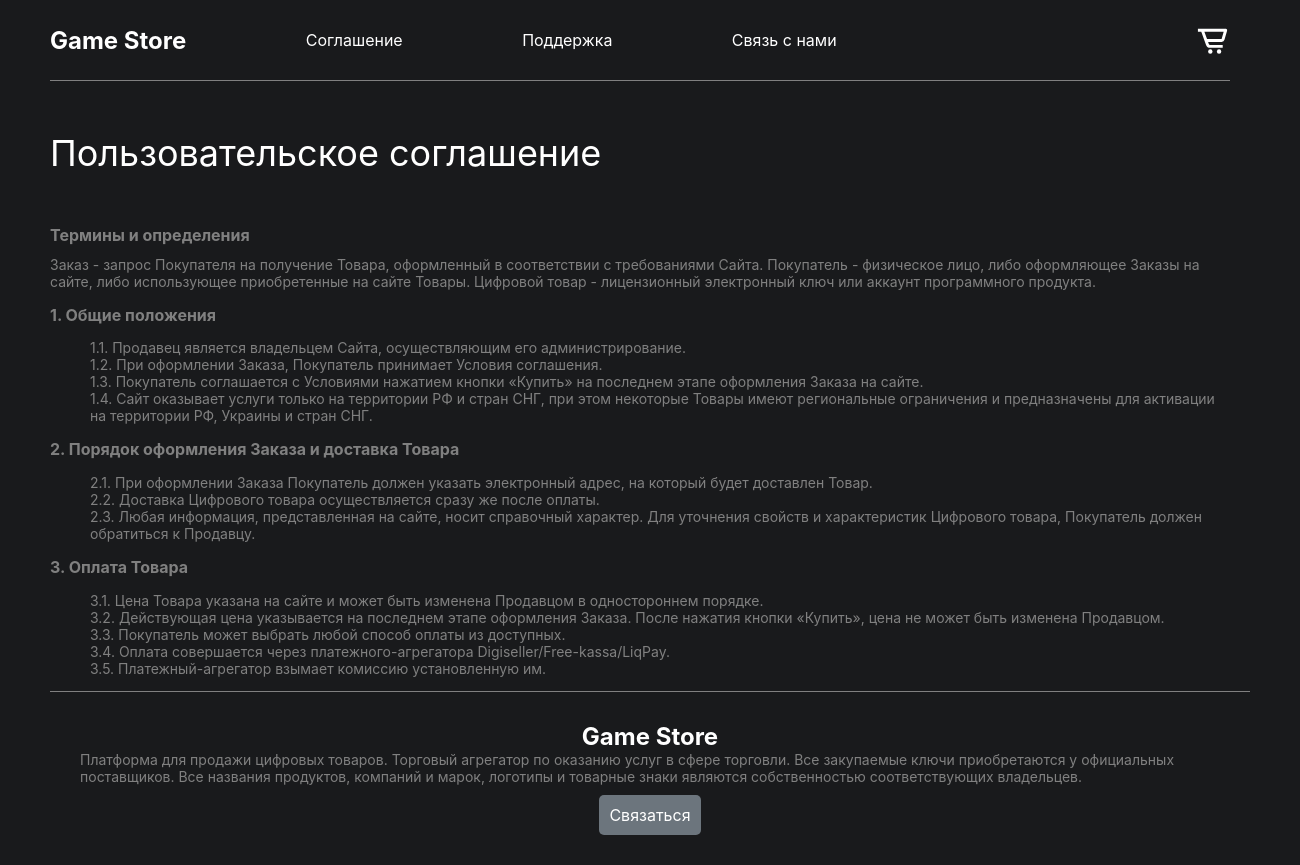
Repository: Minkeani/GameStore
Page: /agreement
An editor plug-in stored every save of this project. The page is shown before and after a run of saves, followed by the edit.
The browser window is 1280 px wide. The page is 1280 px wide, then 1300 px, so the pictures cover 1300 px, including what lies to the right of the window. The pictures show the whole page.
The project was rebuilt for these pictures with package versions that can differ from the ones it lists, and the page was loaded fresh each time. Also part of the build but not shown: src/components/ItemsInCart/ItemsInCart.css, src/components/ItemsInCart/ItemsInCart.jsx, src/components/CartMenu/CartMenu.css, src/components/Btn/Btn.css, src/components/Btn/Btn.jsx, src/components/CartItem/CartItem.css, src/components/CartItem/CartItem.jsx, src/components/utils/utils.js and 18 more.

Above is the page before, as saved 2022-09-11 11:51:21.

### src/index.js
import React from 'react';
import ReactDOM from 'react-dom/client';
import './index.css';
import App from './App';
import reportWebVitals from './reportWebVitals';

const root = ReactDOM.createRoot(document.getElementById('root'));
root.render(
    <App />
);

### src/index.css
body {
  margin: 0;
  min-height: 100%;
  font-family: -apple-system, BlinkMacSystemFont, 'Segoe UI', 'Roboto', 'Oxygen',
    'Ubuntu', 'Cantarell', 'Fira Sans', 'Droid Sans', 'Helvetica Neue',
    sans-serif;
  -webkit-font-smoothing: antialiased;
  -moz-osx-font-smoothing: grayscale;
    background-color: rgb(25, 26, 28);
}

code {
  font-family: source-code-pro, Menlo, Monaco, Consolas, 'Courier New',
    monospace;
}

.App {
  max-width: 1180px;;
  margin: 0 auto;
  padding: 0 40px;
  color: white;
}

a {
  color: white;
  text-decoration: none;
}

.secondary-text {
  color: rgb(80, 82, 84);
}

### src/App.js
import { BrowserRouter, Routes, Route } from "react-router-dom";
import Header from "./components/Header/Header";
import { Provider } from "react-redux";
import GamePage from "./components/GamePage/GamePage";
import OrderPage from "./components/OrderPage/OrderPage";
import HomePage from "./pages/HomePage/HomePage";
import {store} from './redux'
import Agreement from "./components/Agreement/Agreement";
import Footer from "./components/Footer/Footer";
import Support from "./components/Support/Support";


function App() {
  return (
    <Provider store={store}>
    <BrowserRouter>
      <div className="App">
        <Header />
        <Routes>
          <Route path="/" element={<HomePage />} />
          <Route path="/app/:title" element={<GamePage />} />
          <Route path="/order" element={<OrderPage />} />
          <Route path="/agreement" element={<Agreement />} />
          <Route path="/support" element={<Support />} />
        </Routes>
        <Footer/>
      </div>
    </BrowserRouter>
    </Provider>
  );
}

export default App;

### src/components/Header/Header.js
import React from 'react'
import { Link } from 'react-router-dom'
import CartBlock from '../CartBlock/CartBlock'
import './Header.css'

export default function Header() {
  return (
    <div className="header">
      <div className="wrapper">
            <Link to='/' className='header__store-title'>Game Store</Link>
            <Link to='/Agreement'>Соглашение</Link>
            <Link to='/support'>Поддержка</Link>
            <a to='/'>Связь с нами</a>

      </div>
      <div className="wrapper header__cart-btn-wrapper">
        <CartBlock/>
      </div>
    </div>
  )
}

### src/redux/index.js
import { configureStore } from '@reduxjs/toolkit';
import gamesReducer from './games/gamesReducer';
import reducerCart from './cart/reducerCart';

export const store = configureStore({
    reducer: {
        games: gamesReducer,
        cart: reducerCart
    }
  })

### src/components/Agreement/Agreement.jsx
import React from "react";
import Title from "../Ui/Title/Title";
import BigTitle from "../Ui/BigTitle/BigTitle";
import P from "../Ui/P/P";
import "./Agreement.css";

const Agreement = () => {
  return (
    <div>
      <BigTitle>Пользовательское соглашение</BigTitle>
      <Title>Термины и определения</Title>
      <P>
        Заказ - запрос Покупателя на получение Товара, оформленный в
        соответствии с требованиями Сайта. Покупатель - физическое лицо, либо
        оформляющее Заказы на сайте, либо использующее приобретенные на сайте
        Товары. Цифровой товар - лицензионный электронный ключ или аккаунт
        программного продукта.
      </P>
      <Title>1. Общие положения</Title>
      <P>
        <ul className="list">
          <li>
            1.1. Продавец является владельцем Сайта, осуществляющим его
            администрирование.
          </li>
          <li>
            1.2. При оформлении Заказа, Покупатель принимает Условия соглашения.
          </li>
          <li>
            1.3. Покупатель соглашается с Условиями нажатием кнопки «Купить» на
            последнем этапе оформления Заказа на сайте.
          </li>
          <li>
            1.4. Сайт оказывает услуги только на территории РФ и стран СНГ, при
            этом некоторые Товары имеют региональные ограничения и предназначены
            для активации на территории РФ, Украины и стран СНГ.
          </li>
        </ul>
      </P>
      <Title>2. Порядок оформления Заказа и доставка Товара</Title>
      <P>
        <ul className="list">
          <li>
            2.1. При оформлении Заказа Покупатель должен указать электронный
            адрес, на который будет доставлен Товар.
          </li>
          <li>
            2.2. Доставка Цифрового товара осуществляется сразу же после оплаты.
          </li>
          <li>
            2.3. Любая информация, представленная на сайте, носит справочный
            характер. Для уточнения свойств и характеристик Цифрового товара,
            Покупатель должен обратиться к Продавцу.
          </li>
          <li></li>
        </ul>
      </P>
      <Title>3. Оплата Товара</Title>
      <P>
        <ul className="list">
          <li>
            3.1. Цена Товара указана на сайте и может быть изменена Продавцом в
            одностороннем порядке.
          </li>
          <li>
            3.2. Действующая цена указывается на последнем этапе оформления
            Заказа. После нажатия кнопки «Купить», цена не может быть изменена
            Продавцом.
          </li>
          <li>
            3.3. Покупатель может выбрать любой способ оплаты из доступных.
          </li>
          <li>
            3.4. Оплата совершается через платежного-агрегатора
            Digiseller/Free-kassa/LiqPay.
          </li>
          <li>3.5. Платежный-агрегатор взымает комиссию установленную им.</li>
        </ul>
      </P>
    </div>
  );
};

export default Agreement;

### src/components/Footer/Footer.jsx
import React from "react";
import "./Footer.css";
import { Link } from "react-router-dom";
import P from "../Ui/P/P";

const Footer = () => {
  return (
    <footer className="footer">
      <div className="wrapper__footer">
        <Link to="/" className="header__store-title">
          Game Store
        </Link>

        <div>
          <P>
            Платформа для продажи цифровых товаров. Торговый агрегатор по
            оказанию услуг в сфере торговли. Все закупаемые ключи приобретаются
            у официальных поставщиков. Все названия продуктов, компаний и марок,
            логотипы и товарные знаки являются собственностью соответствующих
            владельцев.
          </P>
          <a href="https://linktr.ee/minkeani" target="blank">
            Связаться
          </a>
        </div>
      </div>
    </footer>
  );
};

export default Footer;

### src/components/CartBlock/CartBlock.jsx
import React, { useState, useCallback } from "react";
import "./CartBlock.css";
import { useSelector } from "react-redux";
import { BiCartAlt } from "react-icons/bi";
import ItemsInCart from "../ItemsInCart/ItemsInCart";
import CartMenu from "../CartMenu/CartMenu";
import { useNavigate } from "react-router-dom";

export default function CartBlock() {
  const items = useSelector((state) => state.cart.itemsInCart);
  const totalPrice = items.reduce((acc, game) => (acc += game.price), 0);
  const [isCartMenuVisible, setCartMenuVisible] = useState(false)

  const navigate = useNavigate()

  const handleClick = useCallback(() => {
    setCartMenuVisible(false)
    navigate('/order')
  }, [navigate])

  return (
    <div className="cart-block">
      <ItemsInCart quantity={items.length}/>
      <BiCartAlt size={35} className="cart-icon" onClick={() => setCartMenuVisible(!isCartMenuVisible)} />
      {totalPrice > 0 ? (
        <span className="total-price">{totalPrice} руб</span>
      ) : null}

     {isCartMenuVisible ? <CartMenu items={items} onClick={handleClick} /> : ''}
    </div>
  );
}

### src/components/Header/Header.css
.header {
    height: 80px;
    display: flex;
    align-items: center;
    justify-content: space-between;
    margin-bottom: 30px;
    border-bottom: 1px solid gray
}

.wrapper {
    display: flex;
    flex-grow: 1;
    align-items: center;
    justify-content: space-between;

}

.wrapper a{

}

.header__store-title {
    color: white;
    text-decoration: none;
    font-size: 24px;
    font-weight: bold;
}

.header__cart-btn-wrapper {
    justify-content: flex-end;
}

### src/redux/games/gamesReducer.js
import { createSlice } from '@reduxjs/toolkit'

const gamesSlice = createSlice({
  name: 'games',
  initialState: {
    currentGame: null
  },
  reducers: {
    setCurrentGame: (state, action) => {
      state.currentGame = action.payload
    },
  }
});

export const { setCurrentGame } = gamesSlice.actions;
export default gamesSlice.reducer;

### src/redux/cart/reducerCart.js
import { createSlice } from "@reduxjs/toolkit";

const cartSlice = createSlice({
    name: 'cart',
    initialState: {
        itemsInCart: []
    },
    reducers: {
        setItemInCart: (state, action) => {
            state.itemsInCart.push(action.payload)
    },
        deleteItemFromCart: (state, action) => {
        state.itemsInCart = state.itemsInCart.filter(game => game.id !== action.payload)
    }
}
});

export const {setItemInCart, deleteItemFromCart} = cartSlice.actions;
export default cartSlice.reducer;

### src/components/Ui/Title/Title.jsx
import React from 'react';
import './Title.css'

const Title = ({children}) => {
    return (
        <div className='Title'>
            {children}
        </div>
    );
}

export default Title;

### src/components/Ui/BigTitle/BigTitle.jsx
import React from 'react';
import './BigTitle.css'

const BigTitle = ({children}) => {
    return (
        <h2 className='BigTitle'>
            {children}
        </h2>
    );
}

export default BigTitle;

### src/components/Ui/P/P.jsx
import React from 'react';
import './P.css'

const P = ({children}) => {
    return (
        <div className='paragraph'>
            {children}
        </div>
    );
}

export default P;

### src/components/Agreement/Agreement.css
.list li{
    list-style-type: none
}

### src/components/Footer/Footer.css
.footer {
    height: auto;
    padding: 10px;
    width: 100%;
    display: flex;
    flex-grow: 1;
    position: relative;
    /* margin-bottom: 0;
    margin-top: 20px; */
    border-top: 1px solid gray
}

.wrapper__footer {
    display: flex;
    margin: 20px;
    flex-grow: 1;
    flex-direction: column;
    align-items: center;
    justify-content: space-between;
}

.wrapper__footer div {
    display: flex;
    align-items: center;
    justify-content: center;
    flex-direction: column
}
.wrapper__footer div a{
    color: #ffffff;
    background-color: #6c757d;
    border: none;
    padding: 10px;
    border-radius: 5px;
}

.wrapper__footer div a:hover{
    color: #ffffff;
    background-color:  #3e4042;
}

### src/components/CartBlock/CartBlock.css
.cart-block {
    display: flex;
    align-items: center;
    position: relative;
}

.total-price {
    margin-left: 15px;
    font-size: 18px;
    font-weight: bold;
}

.cart-icon {
    cursor: pointer;
    position: relative;
}

### src/components/Ui/Title/Title.css
.Title {
    color: gray;
    font-weight: 700;
    line-height: 1.3;
    margin: 15px 0 10px;
}

### src/components/Ui/BigTitle/BigTitle.css
.BigTitle {
    font-size: 36px;
    font-weight: 400;
    color: #fff;
    padding: 20px 0;
}

### src/components/Ui/P/P.css
.paragraph {
    margin-bottom: 10px;
    color: gray;
    font-size: 14px;
    font-weight: 400;
    font-style: normal;
}

Loaded but not shown: public/index.html (common file); src/reportWebVitals.js (common file); src/components/Support/Support.css (no stored copy; drawn as an empty file)

After the next 2 saves:
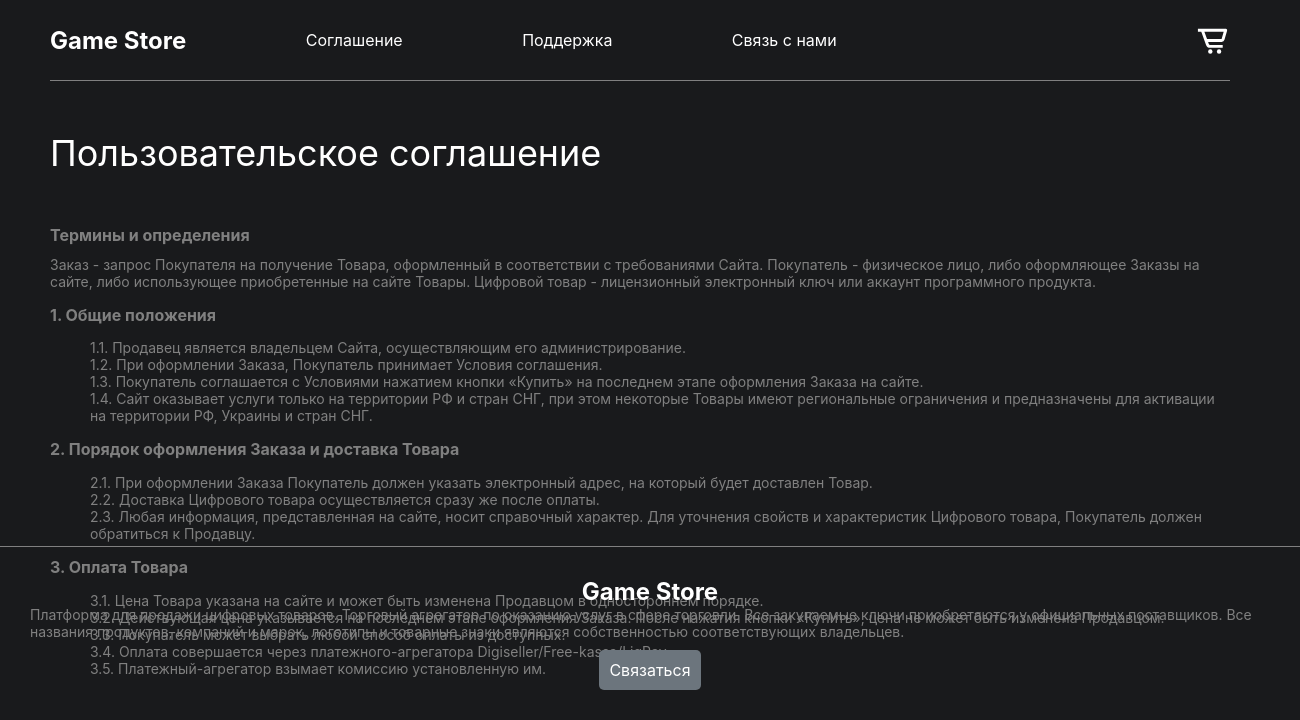
The 2 saves are shown as one change because they came seconds apart.
The last was saved 2 min 1 s later.
--- a/src/components/Footer/Footer.css
+++ b/src/components/Footer/Footer.css
@@ -1,12 +1,12 @@
 .footer {
     height: auto;
     padding: 10px;
-    width: 100%;
     display: flex;
     flex-grow: 1;
-    position: relative;
-    /* margin-bottom: 0;
-    margin-top: 20px; */
+    position: absolute;
+left: 0;
+bottom: 0;
+width: 100%;
     border-top: 1px solid gray
 }
 
